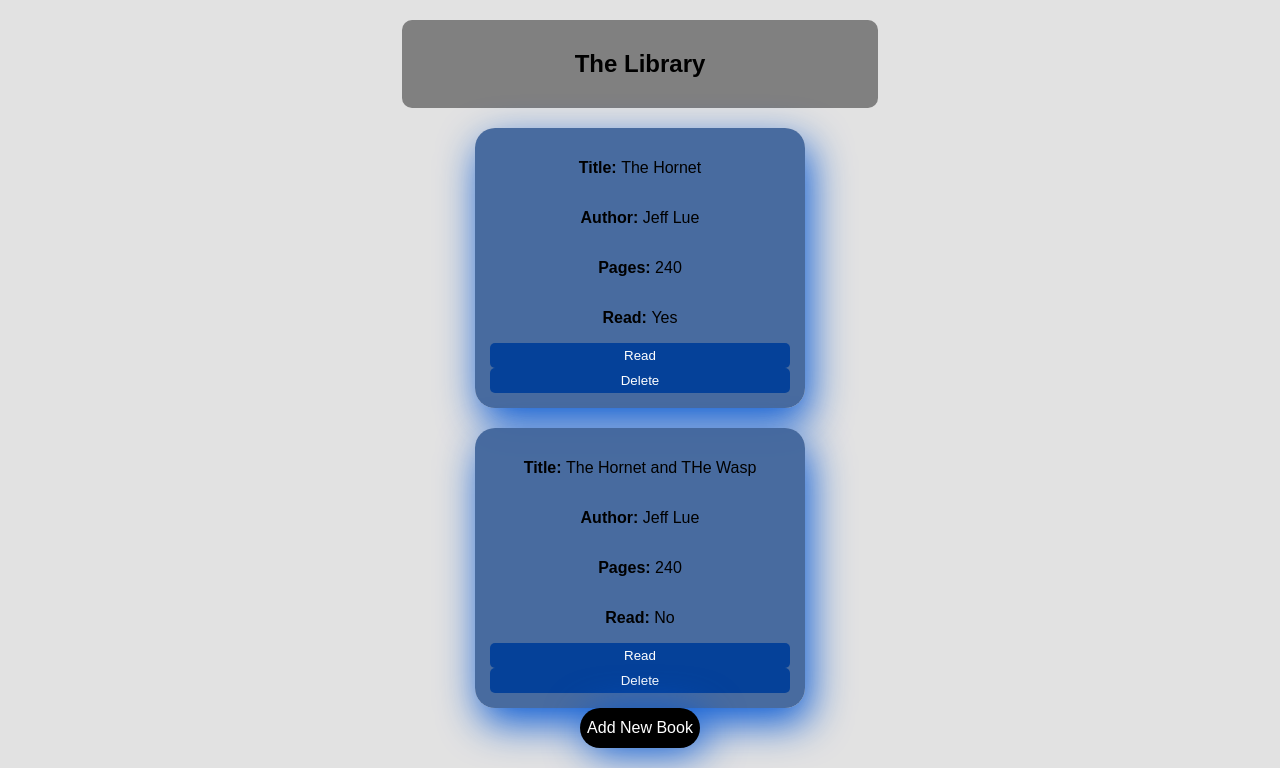
Repository: ErvinClay13/Library
Page: index.html
The author's editor kept a copy of each file at every save. The page is drawn from the files as they stood at one save, then again after a run of saves.
The browser window is 1280 px wide. The pictures show the whole page.

Above is the page before, as saved 2025-01-11 04:56:27.

### index.html
<!DOCTYPE html>
<html lang="en">
<head>
    <meta charset="UTF-8">
    <meta name="viewport" content="width=device-width, initial-scale=1.0">
    <link rel="stylesheet" href="style.css">
    <link
      rel="icon"
      type="image/png"
      sizes="32x32"
      href="images/myLogo.png"
    />
    <title>The Library</title>
</head>
<body>
    <div class="container">
        <div class="heading">
            <h2>The Library</h2>
        </div>

            <div class="content" id="content"></div>

            <dialog id="myDialog">
                <div class="input">
                <form method="dialog" id="form">
                    <label for="title">Title</label>
                    <input type="text"
                           id="title"
                           name="title"
                           required>

                    <label for="author">Author</label>
                    <input type="text"
                           id="author"
                           name="author"
                           required>

                    <label for="pages">Pages</label>
                    <input type="number"
                           id="pages"
                           name="pages"
                           required>

                    <label for="read">Read</label>
                    <input type="checkbox"
                           name="read"
                           id="isRead">

                    <button type="submit" id="submit">Submit</button>
                    <div class="cancel" id="cancel">Cancel</div>


                </form>
            </div>
        </dialog>
        <footer><button id="addBook">Add New Book</button></footer>
    </div>

    <script src="script.js"></script>
</body>
</html>

### style.css
body {
    display: flex;
    justify-content: center;
    align-items: center;
    flex-direction: column;
    /* background-color: white; */
    background-color: rgb(226, 226, 226);
    margin: 0;
    font-family: Arial, sans-serif;
}

.container {
    display: flex;
    flex-direction: column;
    align-items: center;
    padding: 20px;
}

.heading {
    display: flex;
    justify-content: space-between;
    justify-content: center;
    background-color: gray;
    /* background-color: #42669df5; */
    /* box-shadow: 5px 5px 40px #0055d4f5; */
    width: 100%;
    max-width: 800px;
    padding: 10px 20px;
    border-radius: 10px;
    margin-bottom: 20px;
}

#addBook {
    /* background-color: #03409af5; */
    background-color: black;
    box-shadow: 5px 5px 40px #0055d4f5;
    height: 40px;
    width: 120px;
    border-radius: 20px;
    border: none;
    font-size: 16px;
    color: white;
    cursor: pointer;
}

#addBook:hover {
    transform: scale(1.1);
    box-shadow: 2px 5px 40px #7800d4f5;
}

#content {
    display: flex;
    flex-wrap: wrap;
    gap: 20px;
    justify-content: center;
    width: 100%;
}

.card {
    display: flex;
    flex-direction: column;
    justify-content: space-between;
    text-align: center;
    border-radius: 20px;
    padding: 15px;
    background-color: #42669df5;
    width: 100%;
    max-width: 300px;
    box-shadow: 5px 15px 40px #0055d4f5;
}

.card-details {
    margin-bottom: 10px;
}

.card-buttons {
    display: flex;
    justify-content: space-between;
    gap: 10px;
}

.read, .delete {
    flex: 1;
    padding: 5px 10px;
    border: none;
    border-radius: 5px;
    color: white;
    background-color: #03409af5;
    cursor: pointer;
}

.read:hover, .delete:hover {
    background-color: #254a81f5;
}

.read:active, .delete:active {
    background-color: #42669df5;
}

dialog {
    background-color: #fefefe;
    padding: 20px;
    border: none;
    border-radius: 10px;
    box-shadow: 0px 5px 15px rgba(0, 0, 0, 0.5);
}

form {
    display: flex;
    flex-direction: column;
    gap: 10px;
}

input[type="text"], input[type="number"] {
    padding: 5px;
    border-radius: 5px;
    border: 1px solid #ccc;
}

button {
    cursor: pointer;
}

/* Responsive Styles */
@media (max-width: 768px) {
    .heading {
        flex-direction: column;
        align-items: center;
    }

    #content {
        gap: 15px;
    }

    .card {
        max-width: 100%;
    }
}

### script.js
const dialog = document.getElementById('myDialog');
const form = document.getElementById('form');
const content = document.getElementById('content');
const submit = document.getElementById('submit');
const addBook = document.getElementById('addBook');
const cancel = document.getElementById('cancel');

const myLibrary = [];

const theHornet = new Book('The Hornet', 'Jeff Lue', 240, true);
const theHornetAndTheWasp = new Book('The Hornet and THe Wasp', 'Jeff Lue', 240, false);

myLibrary.push(theHornet);
myLibrary.push(theHornetAndTheWasp);


function Book(title, author, pages, read) {
    this.title = title;
    this.author = author;
    this.pages = pages;
    this.read = read;
}

Book.prototype.info = function() {
    return `${this.title} ${this.author} ${this.pages} ${this.read}`;
}


Book.prototype.toggleRead = function() {
    this.read = !this.read;
}



addBook.addEventListener("click", () => {
    dialog.showModal();
});

cancel.addEventListener("click", () => {
    dialog.close();
});

submit.addEventListener("click", (event) => {
    event.preventDefault();

    const title = document.getElementById('title').value;
    const author = document.getElementById('author').value;
    const pages = document.getElementById('pages').value;
    const read = document.getElementById('isRead').checked;

    const newBook = new Book(title, author, pages, read);
    myLibrary.push(newBook);

    form.reset();
    showBooks();
    dialog.close();
});

function showBooks() {

    content.innerHTML = '';

    myLibrary.forEach((book, index) => {                   //going through the array myLibrary
        const card = document.createElement('div');        //creating a new card for each book created through the modal
        card.classList.add('card');                        //adding card to the class

        card.innerHTML =                                      //creating the text that will be displayed on the card
            `<p><strong>Title: </strong>${book.title}</p>
             <p><strong>Author: </strong>${book.author}</p>
             <p><strong>Pages: </strong>${book.pages}</p>
             <p><strong>Read: </strong>${book.read ? 'Yes' : 'No'}</p>`;   //using the user input to create the new book on the card

        const deleteBtn = document.createElement('button');
        deleteBtn.classList.add('delete');
        deleteBtn.textContent = ('Delete');

        deleteBtn.addEventListener("click", () => {
            myLibrary.splice(index, 1);
            showBooks();
        });

        const read = document.createElement('button');
        read.classList.add('read');
        read.textContent = ('Read');

        read.addEventListener("click", () => {
            book.toggleRead();
            showBooks();
        });

        card.appendChild(read);
        card.appendChild(deleteBtn);
        content.appendChild(card);


    })
}

showBooks();

After the next 2 saves:
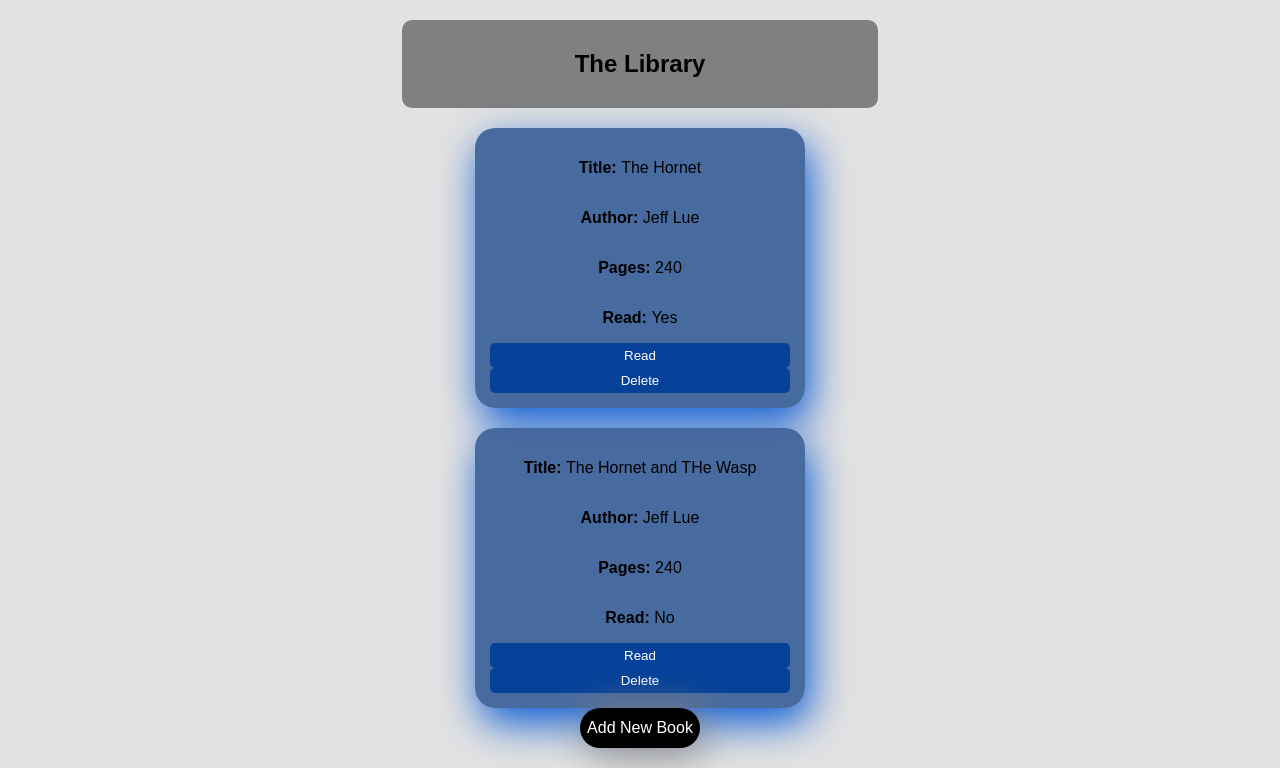
The 2 saves are shown as one change because they came seconds apart.
The last was saved 19 s later.
--- a/style.css
+++ b/style.css
@@ -33,7 +33,7 @@ body {
 #addBook {
     /* background-color: #03409af5; */
     background-color: black;
-    box-shadow: 5px 5px 40px #0055d4f5;
+    box-shadow: 5px 5px 40px gray;
     height: 40px;
     width: 120px;
     border-radius: 20px;
